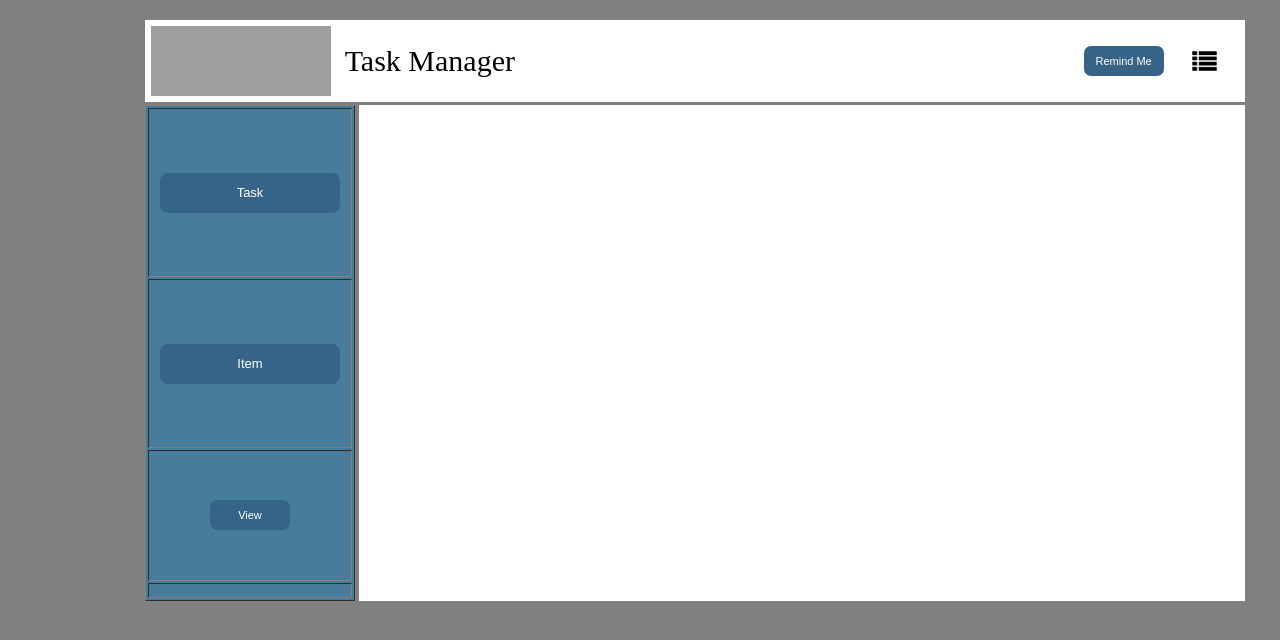
Repository: SnehaSalvi/TaskManagerProject
Page: http://localhost/TaskManagerChecklist/Home.jsp
These files come from the project's save history. The page is drawn as it stood at one moment and after the next save; the edit follows.
The browser window is 1280 px wide. The pictures show the whole page.
Pictures or frames that could not be fetched are drawn as grey boxes. The page is served by Tomcat 9.

Above is the page before, as saved 2016-10-13 11:23:22.

After the next save:
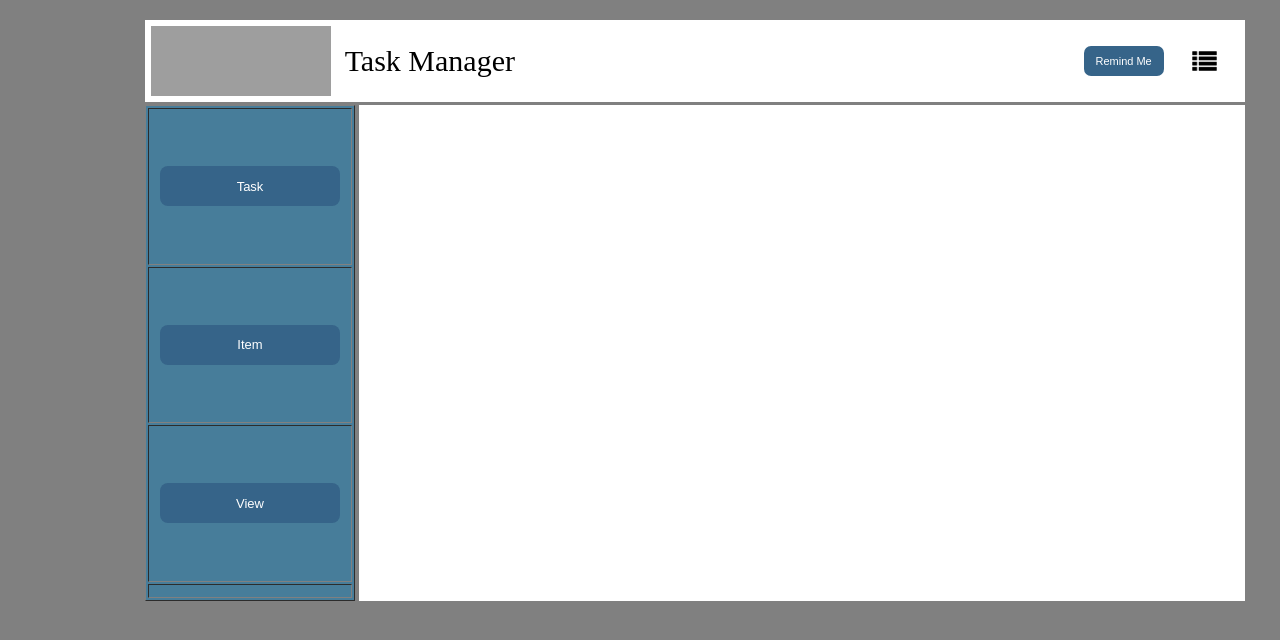
Saved 16 s later.
--- a/TaskManagerChecklist/WebContent/Home.jsp
+++ b/TaskManagerChecklist/WebContent/Home.jsp
@@ -43,7 +43,7 @@
 					</tr>
 					<tr>
 						<td align="center">
-							<input type="button" name="view" id="button1" value="View"/>
+							<input type="button" name="view" id="button2" value="View"/>
 						</td>
 					</tr>
 					<tr>
